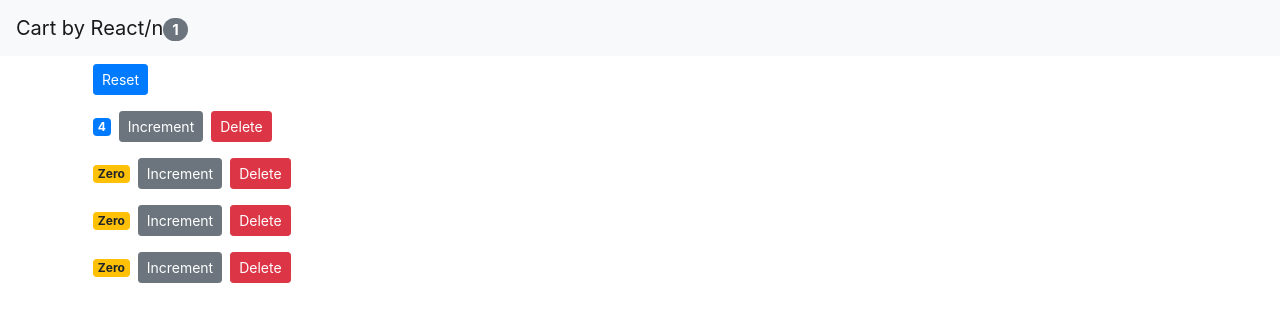
Repository: smk87/First-React-App
Page: /
An editor plug-in stored every save of this project. The page is shown before and after a run of saves, followed by the edit.
The browser window is 1280 px wide. The pictures show the whole page.
The project was rebuilt for these pictures with package versions that can differ from the ones it lists, and the page was loaded fresh each time. Also part of the build but not shown: src/App.css.

Above is the page before, as saved 2019-01-06 14:24:09.

### public/index.html
<!DOCTYPE html>
<html lang="en">
  <head>
    <meta charset="utf-8" />
    <link rel="shortcut icon" href="%PUBLIC_URL%/favicon.ico" />
    <meta
      name="viewport"
      content="width=device-width, initial-scale=1, shrink-to-fit=no"
    />
    <meta name="theme-color" content="#000000" />
    <!--
      manifest.json provides metadata used when your web app is added to the
      homescreen on Android. See https://developers.google.com/web/fundamentals/web-app-manifest/
    -->
    <link rel="manifest" href="%PUBLIC_URL%/manifest.json" />
    <!--
      Notice the use of %PUBLIC_URL% in the tags above.
      It will be replaced with the URL of the `public` folder during the build.
      Only files inside the `public` folder can be referenced from the HTML.

      Unlike "/favicon.ico" or "favicon.ico", "%PUBLIC_URL%/favicon.ico" will
      work correctly both with client-side routing and a non-root public URL.
      Learn how to configure a non-root public URL by running `npm run build`.
    -->
    <title>Cart by React</title>
  </head>
  <body>
    <noscript>You need to enable JavaScript to run this app.</noscript>
    <div id="root"></div>
    <!--
      This HTML file is a template.
      If you open it directly in the browser, you will see an empty page.

      You can add webfonts, meta tags, or analytics to this file.
      The build step will place the bundled scripts into the <body> tag.

      To begin the development, run `npm start` or `yarn start`.
      To create a production bundle, use `npm run build` or `yarn build`.
    -->
  </body>
</html>

### src/App.js
import React, { Component } from "react";
import logo from "./logo.svg";
import "./App.css";
import NavBar from "./components/navbar";
import Counters from "./components/counters";

class App extends Component {
  state = {
    counters: [
      { id: 1, value: 4 },
      { id: 2, value: 0 },
      { id: 3, value: 0 },
      { id: 4, value: 0 }
    ]
  };

  handleDelete = counterId => {
    const counters = this.state.counters.filter(c => c.id !== counterId);
    this.setState({ counters });
  };

  handleReset = () => {
    const reset = this.state.counters.map(c => {
      c.value = 0;
      return c;
    });
    this.setState({ reset });
  };

  handleIncrement = counter => {
    console.log(counter);

    const counters = [...this.state.counters];
    const index = counters.indexOf(counter);
    counters[index] = { ...counter };
    counters[index].value++;
    this.setState({ counters });
  };

  render() {
    return (
      <React.Fragment>
        <NavBar
          totalCounters={this.state.counters.filter(c => c.value > 0).length}
        />
        <main className="container">
          <Counters
            counters={this.state.counters}
            onReset={this.handleReset}
            onIncrement={this.handleIncrement}
            onDelete={this.handleDelete}
          />
        </main>
      </React.Fragment>
    );
  }
}

export default App;

### src/components/navbar.jsx
import React, { Component } from "react";

const NavBar = props => {
  return (
    <nav className="navbar navbar-light bg-light">
      <a className="navbar-brand" href="#">
        Cart by React{"/n"}
        <span className="badge badge-pill badge-secondary">
          {props.totalCounters}
        </span>
      </a>
    </nav>
  );
};

export default NavBar;

### src/components/counters.jsx
import React, { Component } from "react";
import Counter from "./counter";

class Counters extends Component {
  render() {
    const { onReset, counters, onDelete, onIncrement } = this.props;

    return (
      <div>
        <button onClick={onReset} className="btn btn-primary btn-sm m-2">
          Reset
        </button>

        {counters.map(counter => (
          <Counter
            onDelete={onDelete}
            onIncrement={onIncrement}
            key={counter.id}
            counter={counter}
          />
        ))}
      </div>
    );
  }
}

export default Counters;

### src/components/counter.jsx
import React, { Component } from "react";

class Counter extends Component {
  render() {
    return (
      <div>
        <span className={this.getBadgeClasses()}>{this.formatCount()}</span>
        <button
          onClick={() => this.props.onIncrement(this.props.counter)}
          className="btn btn-secondary btn-sm"
        >
          Increment
        </button>
        <button
          onClick={() => this.props.onDelete(this.props.counter.id)}
          className="btn btn-danger btn-sm m-2"
        >
          Delete
        </button>
      </div>
    );
  }

  getBadgeClasses() {
    let classes = "badge m-2 badge-";
    classes += this.props.counter.value === 0 ? "warning" : "primary";
    return classes;
  }

  formatCount() {
    const { value: count } = this.props.counter;
    return count === 0 ? "Zero" : count;
  }
}

export default Counter;

Loaded but not shown: src/index.js (common file); src/index.css (common file); src/serviceWorker.js (common file)

After the next 3 saves:
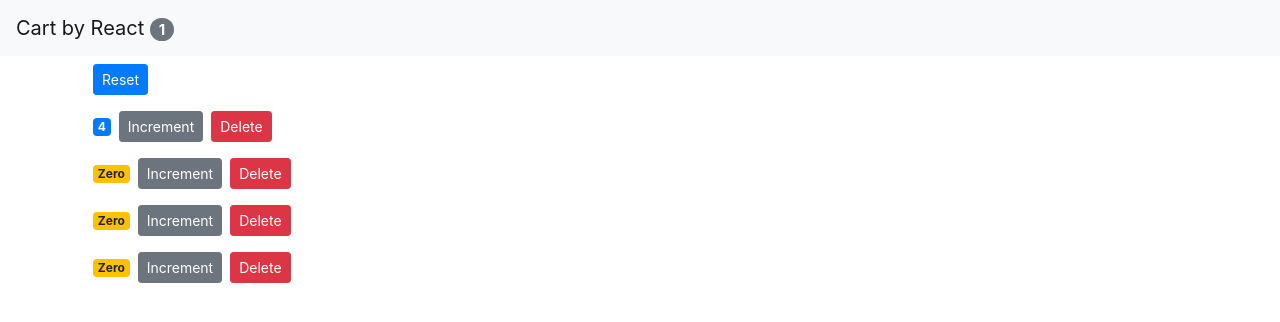
The 3 saves are shown as one change because they came seconds apart.
The last was saved 10 s later.
--- a/src/components/navbar.jsx
+++ b/src/components/navbar.jsx
@@ -4,7 +4,7 @@ const NavBar = props => {
   return (
     <nav className="navbar navbar-light bg-light">
       <a className="navbar-brand" href="#">
-        Cart by React{"/n"}
+        Cart by React{" "}
         <span className="badge badge-pill badge-secondary">
           {props.totalCounters}
         </span>
